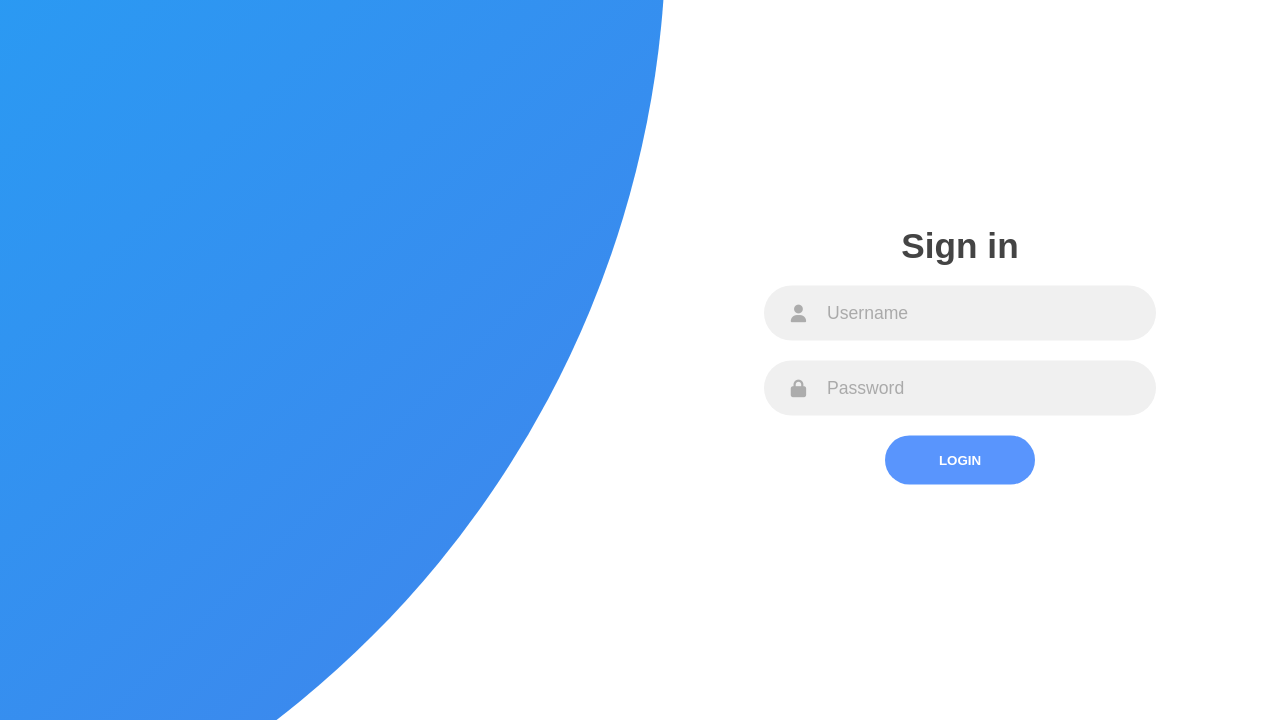
Repository: sarfaraz1611/NitteMovie.github.io
Page: login.html
An editor plug-in stored every save of this project. The page is shown before and after the next save, followed by the edit.
The browser window is 1280 px wide. The pictures show the whole page.
Some web libraries are served in a nearby version.

Above is the page before, as saved 2022-07-15 23:31:37.

### login.html
<!DOCTYPE html>
<html lang="en">
  <head>
    <meta charset="UTF-8" />
    <meta name="viewport" content="width=device-width, initial-scale=1.0" />
    <script
      src="https://kit.fontawesome.com/64d58efce2.js"
      crossorigin="anonymous"
    ></script>
    <link rel="stylesheet" href="./assets/css/main.css" />
    <title>nittemovies</title>
  </head>
  <body>
    <div class="container">
      <div class="forms-container">
        <div class="signin-signup">
          <form action="#" class="sign-in-form">
            <h2 class="title">Sign in</h2>
            <div class="input-field">
              <i class="fas fa-user"></i>
              <input type="text" placeholder="Username" />
            </div>
            <div class="input-field">
              <i class="fas fa-lock"></i>
              <input type="password" placeholder="Password" />
            </div>
            <input type="submit" value="Login" class="btn solid" />

            <!-- <p class="social-text">Or Sign in with social platforms</p>
            <div class="social-media">
              <a href="#" class="social-icon">
                <i class="fab fa-facebook-f"></i>
              </a>
              <a href="#" class="social-icon">
                <i class="fab fa-twitter"></i>
              </a>
              <a href="#" class="social-icon">
                <i class="fab fa-google"></i>
              </a>
              <a href="#" class="social-icon">
                <i class="fab fa-linkedin-in"></i>
              </a>
            </div> -->
          </form>

        </div>
      </div>

      <div class="panels-container">
        <div class="panel left-panel">
          <div class="content">
            <form action="#" class="sign-up-form">
                <h2 class="title">Sign up</h2>
                <div class="input-field">
                  <i class="fas fa-user"></i>
                  <input type="text" placeholder="Username" />
                </div>
                <div class="input-field">
                  <i class="fas fa-envelope"></i>
                  <input type="email" placeholder="Email" />
                </div>
                <div class="input-field">
                  <i class="fas fa-lock"></i>
                  <input type="password" placeholder="Password" />
                </div>
                <input type="submit" class="btn" value="Sign up" />
                <p class="social-text">Or Sign up with social platforms</p>
                <div class="social-media">
                  <a href="#" class="social-icon">
                    <i class="fab fa-facebook-f"></i>
                  </a>
                  <a href="#" class="social-icon">
                    <i class="fab fa-twitter"></i>
                  </a>
                  <a href="#" class="social-icon">
                    <i class="fab fa-google"></i>
                  </a>
                  <a href="#" class="social-icon">
                    <i class="fab fa-linkedin-in"></i>
                  </a>
                </div>
              </form>



          </div>
                </div>


      </div>
    </div>


  </body>
</html>

### assets/css/main.css
:root {
  --live-indicator-shadow: hsla(0, 79%, 63%, 0.5);
  --rich-black-fogra-30:   hsl(219, 32%, 10%);
  --rich-black-fogra-29:   hsl(222, 25%, 10%);
  --oxford-blue-50:        hsla(218, 39%, 14%, 0.8);
  --oxford-blue:           hsl(218, 39%, 14%);
  --light-azure:           hsl(214, 84%, 56%);
  --off-white:             hsl(0, 0%, 88%);
  --white:                 hsl(0, 0%, 100%);
  --azure:                 hsl(211, 100%, 50%);



  --ff-inter: "Inter", sans-serif;

  --section-heading: 40px;



  --px: 50px;

}
@media only screen and (max-width: 1026px) {
  .banner {
      display: none;
  }
}



* {
  margin: 0;
  padding: 0;
  transition: all 0.5s ease;
}

h1, h2, h3, h4, h5, h6 { color: var(--white); }

html { font-family: var(--ff-inter); }

body {
  background: var(--rich-black-fogra-29);
  color: var(--off-white);
}
img {
  display: block;
  width: 100%;
  height: 100%;
  object-fit: cover;
}
a {
  text-decoration: none;
  display: block;
  color: var(--off-white);
}

header, nav { background: var(--rich-black-fogra-29); }

.navbar,
.banner,
.movies,
.category {
  padding: 0 var(--px);
}




.container {
  max-width: 1440px;
  margin: auto;
}






.navbar {
  height: 100px;
  display:         flex;
  justify-content: space-between;
  align-items:     center;
}

.navbar-brand{width:251px;}




nav { margin-right: 250px; }

.navbar-nav { display: flex; }

.navbar-nav li{ margin-right: 60px; }

.navbar-link {
  font-size: var(--fs-sm);
  font-weight: var(--fw-5);
}

.navbar-link:hover { color: var(--light-azure); }




/* .navbar-signin {
  display:     flex;
  align-items: center;
  font-size: var(--fs-sm);
}



.navbar-signin:hover span { color: var(--light-azure); } */


.banner { margin-bottom: 60px; }

.banner-card {
  position: relative;
  height: 400px;
  overflow: hidden;
  border-radius: 20px;
  cursor: pointer;
}


.banner-img { object-position: top; }

.banner-card:hover .banner-img { transform: scale(1.1); }

.banner-card .card-content {
  position: absolute;
  right:  80px;
  bottom: 60px;
  left:   80px;
}

.banner-card .card-info {
  display:     flex;
  align-items: center;
  margin-bottom: 20px;
}

.banner-card .card-info div {
  display:     flex;
  align-items: center;
  margin-right: 20px;
}






.banner-card .card-title {
  font-size: 3em;
  color: var(--white);
  text-shadow: 2px 0 2px #0007;
}





.movies { margin-bottom: 60px; }








.movies-grid {
  display: grid;
  grid-template-columns: repeat(auto-fill, minmax(140px, 1fr));
  gap: 30px;
  margin-bottom: 60px;
}






.movie-card .card-head {
  position: relative;
  height: 250px;
  border-radius: 15px;
  margin-bottom: 15px;
  overflow: hidden;
}




.movie-card:hover .card-img { transform: scale(1.1); }





.movie-card .card-title {
  font-size: var(--fs-md);
  font-weight: var(--fw-5);
  margin-bottom: 5px;
}



.movie-card:hover .card-title { color: var(--light-azure); }




.movie-card .genre { margin-right: 8px; }
.play-card{
  padding-left:50px;
  padding-right:50px;
}








.category { margin-bottom: 60px; }

.category-grid {
  margin-top:25px;
  display: grid;
  grid-template-columns: repeat(4, 1fr);
  gap: 30px;
}

.category-card {
  position: relative;
  height: 150px;
  border-radius: 20px;
  overflow: hidden;
  cursor: pointer;
}



.category-card:hover .card-img { transform: scale(1.1); }

.category-card .name,
.category-card .total {
  position: absolute;
  bottom: 20px;
  color: var(--white);
  z-index: 20;
}

.category-card .name {
  left: 20px;
  font-size: 20px;
}



.category-card:hover .name { color: var(--light-azure); }



// login styles



@import url("https://fonts.googleapis.com/css2?family=Poppins:wght@200;300;400;500;600;700;800&display=swap");

* {
  margin: 0;
  padding: 0;
  box-sizing: border-box;
}

body,
input {
  font-family: "Poppins", sans-serif;
}

.container {
  position: relative;
  width: 100%;
  background-color: #fff;
  min-height: 100vh;
  overflow: hidden;
}

.forms-container {
  position: absolute;
  width: 100%;
  height: 100%;
  top: 0;
  left: 0;
}

.signin-signup {
  position: absolute;
  top: 50%;
  transform: translate(-50%, -50%);
  left: 75%;
  width: 50%;
  transition: 1s 0.7s ease-in-out;
  display: grid;
  grid-template-columns: 1fr;
  z-index: 5;
}

form {
  display: flex;
  align-items: center;
  justify-content: center;
  flex-direction: column;
  padding: 0rem 5rem;
  transition: all 0.2s 0.7s;
  overflow: hidden;
  grid-column: 1 / 2;
  grid-row: 1 / 2;
}

form.sign-up-form {
  opacity: 0;
  z-index: 1;
}

form.sign-in-form {
  z-index: 2;
}

.title {
  font-size: 2.2rem;
  color: #444;
  margin-bottom: 10px;
}

.input-field {
  max-width: 380px;
  width: 100%;
  background-color: #f0f0f0;
  margin: 10px 0;
  height: 55px;
  border-radius: 55px;
  display: grid;
  grid-template-columns: 15% 85%;
  padding: 0 0.4rem;
  position: relative;
}

.input-field i {
  text-align: center;
  line-height: 55px;
  color: #acacac;
  transition: 0.5s;
  font-size: 1.1rem;
}

.input-field input {
  background: none;
  outline: none;
  border: none;
  line-height: 1;
  font-weight: 600;
  font-size: 1.1rem;
  color: #333;
}

.input-field input::placeholder {
  color: #aaa;
  font-weight: 500;
}

.social-text {
  padding: 0.7rem 0;
  font-size: 1rem;
}

.social-media {
  display: flex;
  justify-content: center;
}

.social-icon {
  height: 46px;
  width: 46px;
  display: flex;
  justify-content: center;
  align-items: center;
  margin: 0 0.45rem;
  color: #333;
  border-radius: 50%;
  border: 1px solid #333;
  text-decoration: none;
  font-size: 1.1rem;
  transition: 0.3s;
}

.social-icon:hover {
  color: #4481eb;
  border-color: #4481eb;
}

.btn {
  width: 150px;
  background-color: #5995fd;
  border: none;
  outline: none;
  height: 49px;
  border-radius: 49px;
  color: #fff;
  text-transform: uppercase;
  font-weight: 600;
  margin: 10px 0;
  cursor: pointer;
  transition: 0.5s;
}

.btn:hover {
  background-color: #4d84e2;
}
.panels-container {
  position: absolute;
  height: 100%;
  width: 100%;
  top: 0;
  left: 0;
  display: grid;
  grid-template-columns: repeat(2, 1fr);
}

.container:before {
  content: "";
  position: absolute;
  height: 2000px;
  width: 2000px;
  top: -10%;
  right: 48%;
  transform: translateY(-50%);
  background-image: linear-gradient(-45deg, #4481eb 0%, #04befe 100%);
  transition: 1.8s ease-in-out;
  border-radius: 50%;
  z-index: 6;
}

.image {
  width: 100%;
  transition: transform 1.1s ease-in-out;
  transition-delay: 0.4s;
}

.panel {
  display: flex;
  flex-direction: column;
  align-items: flex-end;
  justify-content: space-around;
  text-align: center;
  z-index: 6;
}

.left-panel {
  pointer-events: all;
  padding: 3rem 17% 2rem 12%;
}

.right-panel {
  pointer-events: none;
  padding: 3rem 12% 2rem 17%;
}

.panel .content {
  color: #fff;
  transition: transform 0.9s ease-in-out;
  transition-delay: 0.6s;
}

.panel h3 {
  font-weight: 600;
  line-height: 1;
  font-size: 1.5rem;
}

.panel p {
  font-size: 0.95rem;
  padding: 0.7rem 0;
}

.btn.transparent {
  margin: 0;
  background: none;
  border: 2px solid #fff;
  width: 130px;
  height: 41px;
  font-weight: 600;
  font-size: 0.8rem;
}

.right-panel .image,
.right-panel .content {
  transform: translateX(800px);
}

/* ANIMATION */

.container.sign-up-mode:before {
  transform: translate(100%, -50%);
  right: 52%;
}

.container.sign-up-mode .left-panel .image,
.container.sign-up-mode .left-panel .content {
  transform: translateX(-800px);
}

.container.sign-up-mode .signin-signup {
  left: 25%;
}

.container.sign-up-mode form.sign-up-form {
  opacity: 1;
  z-index: 2;
}

.container.sign-up-mode form.sign-in-form {
  opacity: 0;
  z-index: 1;
}

.container.sign-up-mode .right-panel .image,
.container.sign-up-mode .right-panel .content {
  transform: translateX(0%);
}

.container.sign-up-mode .left-panel {
  pointer-events: none;
}

.container.sign-up-mode .right-panel {
  pointer-events: all;
}

@media (max-width: 870px) {
  .container {
    min-height: 800px;
    height: 100vh;
  }
  .signin-signup {
    width: 100%;
    top: 95%;
    transform: translate(-50%, -100%);
    transition: 1s 0.8s ease-in-out;
  }

  .signin-signup,
  .container.sign-up-mode .signin-signup {
    left: 50%;
  }

  .panels-container {
    grid-template-columns: 1fr;
    grid-template-rows: 1fr 2fr 1fr;
  }

  .panel {
    flex-direction: row;
    justify-content: space-around;
    align-items: center;
    padding: 2.5rem 8%;
    grid-column: 1 / 2;
  }

  .right-panel {
    grid-row: 3 / 4;
  }

  .left-panel {
    grid-row: 1 / 2;
  }

  .image {
    width: 200px;
    transition: transform 0.9s ease-in-out;
    transition-delay: 0.6s;
  }

  .panel .content {
    padding-right: 15%;
    transition: transform 0.9s ease-in-out;
    transition-delay: 0.8s;
  }

  .panel h3 {
    font-size: 1.2rem;
  }

  .panel p {
    font-size: 0.7rem;
    padding: 0.5rem 0;
  }

  .btn.transparent {
    width: 110px;
    height: 35px;
    font-size: 0.7rem;
  }

  .container:before {
    width: 1500px;
    height: 1500px;
    transform: translateX(-50%);
    left: 30%;
    bottom: 68%;
    right: initial;
    top: initial;
    transition: 2s ease-in-out;
  }

  .container.sign-up-mode:before {
    transform: translate(-50%, 100%);
    bottom: 32%;
    right: initial;
  }

  .container.sign-up-mode .left-panel .image,
  .container.sign-up-mode .left-panel .content {
    transform: translateY(-300px);
  }

  .container.sign-up-mode .right-panel .image,
  .container.sign-up-mode .right-panel .content {
    transform: translateY(0px);
  }

  .right-panel .image,
  .right-panel .content {
    transform: translateY(300px);
  }

  .container.sign-up-mode .signin-signup {
    top: 5%;
    transform: translate(-50%, 0);
  }
}

@media (max-width: 570px) {
  form {
    padding: 0 1.5rem;
  }

  .image {
    display: none;
  }
  .panel .content {
    padding: 0.5rem 1rem;
  }
  .container {
    padding: 1.5rem;
  }

  .container:before {
    bottom: 72%;
    left: 50%;
  }

  .container.sign-up-mode:before {
    bottom: 28%;
    left: 50%;
  }
}

After the next save:
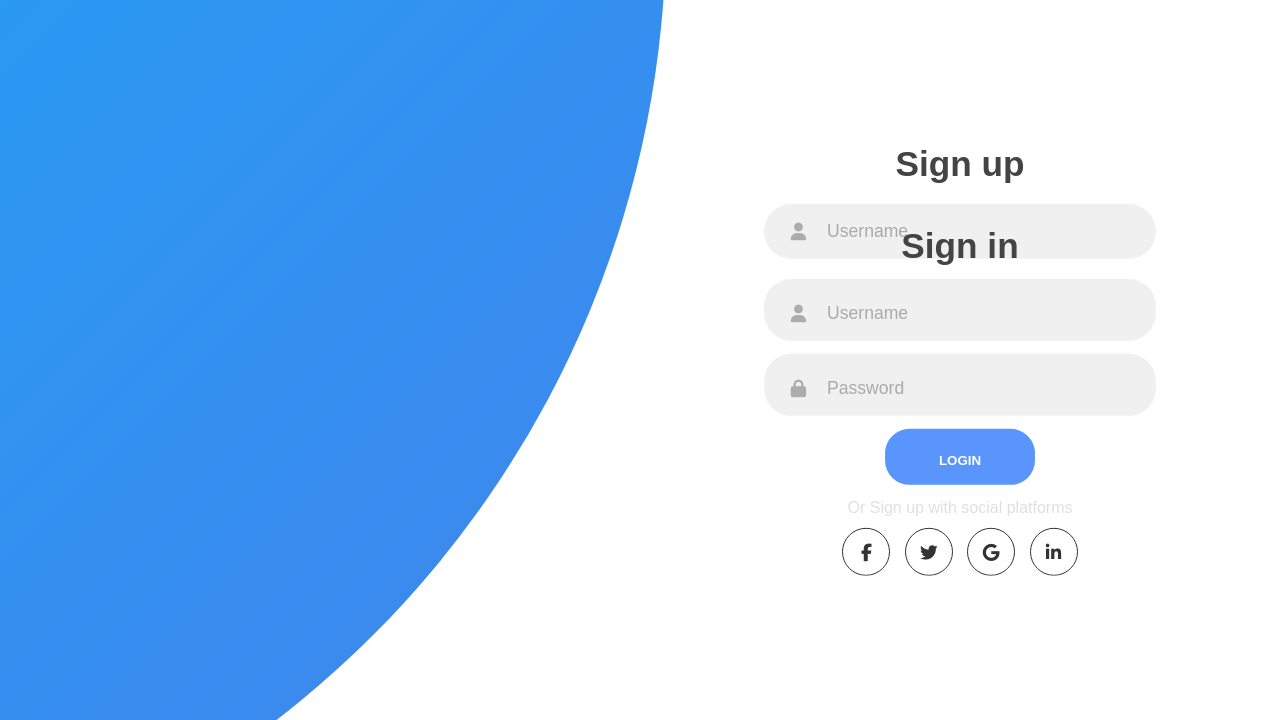
Saved 19 s later.
--- a/login.html
+++ b/login.html
@@ -42,44 +42,44 @@
               </a>
             </div> -->
           </form>
-
+          <form action="#" class="">
+            <h2 class="title">Sign up</h2>
+            <div class="input-field">
+              <i class="fas fa-user"></i>
+              <input type="text" placeholder="Username" />
+            </div>
+            <div class="input-field">
+              <i class="fas fa-envelope"></i>
+              <input type="email" placeholder="Email" />
+            </div>
+            <div class="input-field">
+              <i class="fas fa-lock"></i>
+              <input type="password" placeholder="Password" />
+            </div>
+            <input type="submit" class="btn" value="Sign up" />
+            <p class="social-text">Or Sign up with social platforms</p>
+            <div class="social-media">
+              <a href="#" class="social-icon">
+                <i class="fab fa-facebook-f"></i>
+              </a>
+              <a href="#" class="social-icon">
+                <i class="fab fa-twitter"></i>
+              </a>
+              <a href="#" class="social-icon">
+                <i class="fab fa-google"></i>
+              </a>
+              <a href="#" class="social-icon">
+                <i class="fab fa-linkedin-in"></i>
+              </a>
+            </div>
+          </form>
         </div>
       </div>
 
       <div class="panels-container">
         <div class="panel left-panel">
           <div class="content">
-            <form action="#" class="sign-up-form">
-                <h2 class="title">Sign up</h2>
-                <div class="input-field">
-                  <i class="fas fa-user"></i>
-                  <input type="text" placeholder="Username" />
-                </div>
-                <div class="input-field">
-                  <i class="fas fa-envelope"></i>
-                  <input type="email" placeholder="Email" />
-                </div>
-                <div class="input-field">
-                  <i class="fas fa-lock"></i>
-                  <input type="password" placeholder="Password" />
-                </div>
-                <input type="submit" class="btn" value="Sign up" />
-                <p class="social-text">Or Sign up with social platforms</p>
-                <div class="social-media">
-                  <a href="#" class="social-icon">
-                    <i class="fab fa-facebook-f"></i>
-                  </a>
-                  <a href="#" class="social-icon">
-                    <i class="fab fa-twitter"></i>
-                  </a>
-                  <a href="#" class="social-icon">
-                    <i class="fab fa-google"></i>
-                  </a>
-                  <a href="#" class="social-icon">
-                    <i class="fab fa-linkedin-in"></i>
-                  </a>
-                </div>
-              </form>
+
 
 
 
